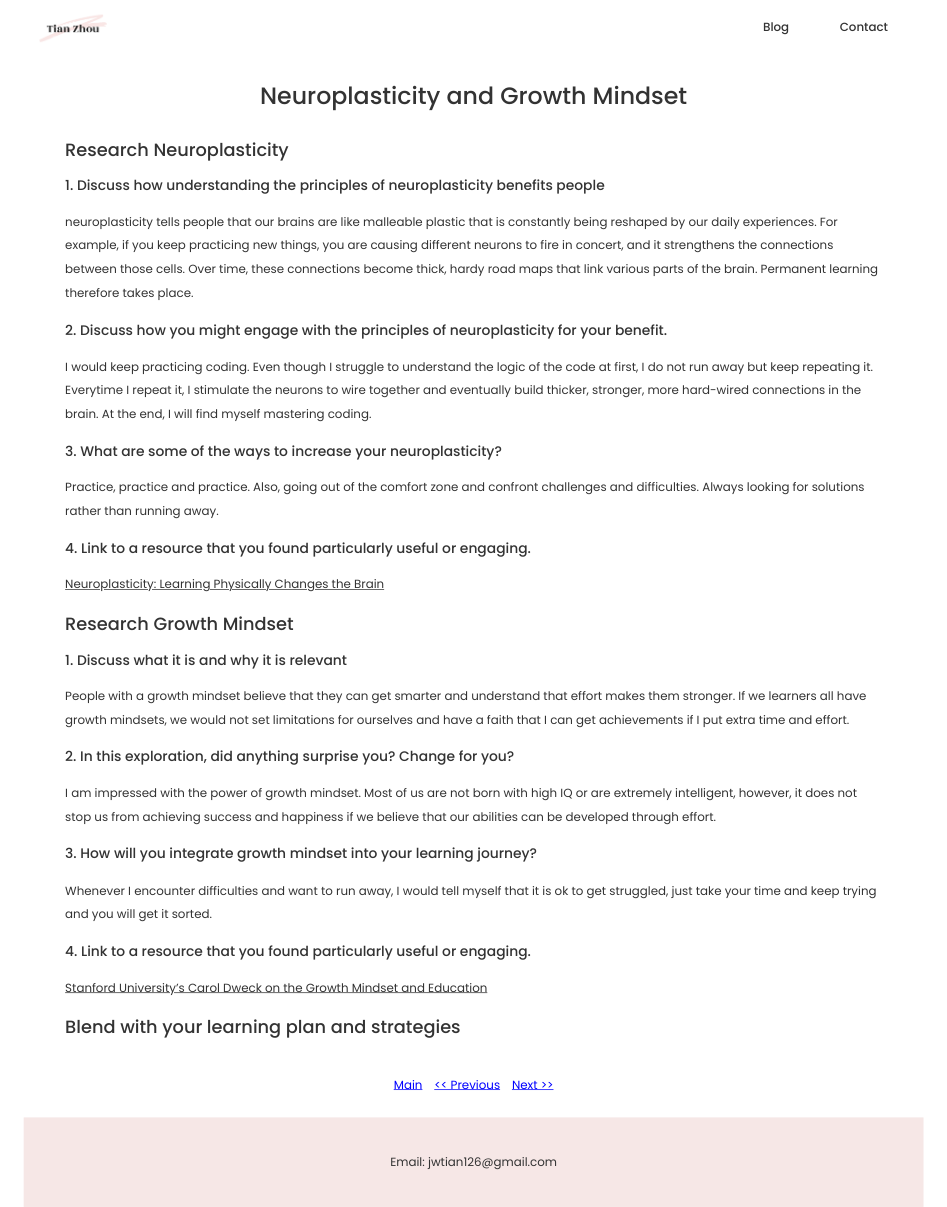
Repository: Tiaanz/Tiaanz.github.io
Page: blog/neuroplasticity.html
These files come from the project's save history. The page is drawn as it stood at one moment and after the next save; the edit follows.
The browser window is 1280 px wide. The pictures show the whole page, at 74% of full size.

Above is the page before, as saved 2023-01-30 14:39:07.

### blog/neuroplasticity.html
<!DOCTYPE html>
<html lang="en">

<head>
    <meta charset="UTF-8">
    <meta http-equiv="X-UA-Compatible" content="IE=edge">
    <meta name="viewport" content="width=device-width, initial-scale=1.0">
    <link rel="stylesheet" href="../styles/main.css">
    <link href="https://fonts.googleapis.com/css2?family=Poppins:wght@300;400;500;600;700;800&display=swap"
        rel="stylesheet">
    <title>Neuroplasticity and Growth Mindset</title>
</head>

<body>
    <div class="container">
        <header>
            <div class="logo">
                <a href="../index.html"><img src="../images/logo.png" alt="logo"></a>
            </div>
            <div class="nav">
                <a href="../index.html#blogs">Blog</a>
                <a href="#footer">Contact</a>
            </div>
        </header>
        <main class="main-blog">
            <h1>Neuroplasticity and Growth Mindset</h1>
            <h2>Research Neuroplasticity</h2>
            <h3>1. Discuss how understanding the principles of neuroplasticity benefits people</h3>
            <p>neuroplasticity tells people that our brains are like malleable plastic that is constantly being reshaped
                by our daily experiences. For example, if you keep practicing new things, you are causing different
                neurons to fire in concert, and it strengthens the connections between those cells. Over time, these
                connections become thick, hardy road maps that link various parts of the brain. Permanent learning
                therefore takes place.
            </p>
            <h3>2. Discuss how you might engage with the principles of neuroplasticity for your benefit.</h3>
            <p>I would keep practicing coding. Even though I struggle to understand the logic of the code at first, I do
                not run away but keep repeating it. Everytime I repeat it, I stimulate the neurons to wire together and
                eventually build thicker, stronger, more hard-wired connections in the brain. At the end, I will find
                myself mastering coding.</p>
            <h3>3. What are some of the ways to increase your neuroplasticity?</h3>
            <p>Practice, practice and practice. Also, going out of the comfort zone and confront challenges and
                difficulties. Always looking for solutions rather than running away.</p>
            <h3>4. Link to a resource that you found particularly useful or engaging.</h3>
            <p><a href="https://www.edutopia.org/neuroscience-brain-based-learning-neuroplasticity">Neuroplasticity:
                    Learning Physically Changes the Brain</a></p>
            <h2>Research Growth Mindset</h2>
            <h3>1. Discuss what it is and why it is relevant</h3>
            <p>People with a growth mindset believe that they can get smarter and understand that effort makes them
                stronger. If we learners all have growth mindsets, we would not set limitations for ourselves and have a
                faith that I can get achievements if I put extra time and effort. </p>
            <h3>2. In this exploration, did anything surprise you? Change for you?</h3>
            <p>I am impressed with the power of growth mindset. Most of us are not born with high IQ or are extremely
                intelligent, however, it does not stop us from achieving success and happiness if we believe that our
                abilities can be developed through effort.</p>
            <h3>3. How will you integrate growth mindset into your learning journey?</h3>
            <p>Whenever I encounter difficulties and want to run away, I would tell myself that it is ok to get
                struggled, just take your time and keep trying and you will get it sorted.</p>
            <h3>4. Link to a resource that you found particularly useful or engaging.</h3>
            <p><a href="https://onedublin.org/2012/06/19/stanford-universitys-carol-dweck-on-the-growth-mindset-and-education/

                ">Stanford University’s Carol Dweck on the Growth Mindset and Education</a></p>
            <h2>Blend with your learning plan and strategies</h2>
            <h3></h3>
            <div class="page-nav">
                <a href="../index.html">Main</a>
                <a href="./emotional-intelligence.html"> &lt&lt Previous</a>
                <a href="#">Next >></a>
            </div>
        </main>
        <footer id="footer">
            <span>Email: jwtian126@gmail.com</span>
        </footer>
    </div>
</body>

</html>

### styles/main.css
* {
  margin: 0;
  padding: 0;
  box-sizing: border-box;
}

a {
  text-decoration: none;
  color: #333;
}



li{
  list-style: none;
}

img {
  max-width: 100%;
  height: auto;
  vertical-align: middle;
}

body {
  font-family: "Poppins", sans-serif;
  color: #333;
}

.container {
  display: flex;
  flex-direction: column;
  width: 95vw;
  margin: 0 auto;

}

header {
  display: flex;
  justify-content: space-between;
  align-items: center;
  padding: 1rem;
}

.logo {
  width: 100px;
  height: auto;
}



.nav a {
  margin: 0 1rem;
  padding: 0 1rem;
  font-weight: 500;
}

.nav a:hover {
  background-color: #f6e7e6;
}

main {
  display: flex;
  padding: 2rem 3rem;
}

main .profile-image {
  width: 100%;
  flex: 1.5;
  margin-right: 2rem;

}

main .introduction {
  flex: 1;
}

main .introduction h1 {
  margin-bottom: 1.5rem;
  font-weight: 500;
  font-size: 2.5rem;
}

main .introduction p {
  line-height: 2rem;
}

.blogs{
  display: flex;
  padding:1rem 3rem;
  margin-bottom: 2rem;

}

.blogs .tech-blog, .blogs .core-blog {
  flex:1;
  padding:0 3px;
  margin:0 3rem;
  text-align: center;
  border:2px solid #f6e7e6;
  border-radius: 20px;
}



.blogs h3{
  margin: 1rem 0;
  font-weight: 600;
  text-align: center;

}



.blogs a{
  text-decoration: underline;
  line-height: 2rem;
}

.main-blog{
    flex-direction: column;
    align-self: center;
    max-width: 1200px;
}

.main-blog h1{
  margin-bottom: 1rem;
  text-align: center;
  font-size: 2rem;
  font-weight: 500;

}

.main-blog h2{
  font-weight: 500;
  margin-top:1rem ;
}

.main-blog h3{
  font-weight: 500;
  margin:1rem 0;
}

.main-blog ul li{
  margin-bottom: 0.5rem;
}

.main-blog .css-image{
 max-width: 300px;
 margin: 1rem 0;
}

.main-blog .div-image{
  max-width: 600px;
  margin-top: 1rem;
 }

 .main-blog p{
  margin: 0.2rem 0;
  line-height: 2rem;
 }

 .main-blog a{
  text-decoration: underline;
 }

 .main-blog .page-nav{
  margin-top: 1rem;
  display: flex;
  gap:1rem;
  justify-content: center;
 }

 .main-blog .page-nav a{
  color:blue;
  text-decoration: underline;
 }

footer {
  padding: 3rem;
  background-color: #f6e7e6;
  text-align: center;
}

@media screen and (max-width: 1200px) {
  main {
    flex-direction: column;
  }

  main .introduction h1 {
    margin-top: 1rem;
    text-align: center;
  }

  main .introduction p {
    line-height: 2rem;
  }

  .blogs{
  flex-direction: column;
  gap:2rem;
  }

  .blogs .tech-blog, .blogs .core-blog{
    margin:0;
  }

}

@media screen and (max-width: 768px) {
  main {
    padding: 2rem;
  }

  main .introduction h1 {
    font-size: 2rem;
  }

  .main-blog h1{
    font-size: 1.5rem;
  }
}

@media screen and (max-width: 400px) {

    .nav a {
        margin: 0;
        padding: 0 0.4rem;
      }

      .blogs a{
        line-height: 2.5rem;
      }

  }

@media screen and (max-width: 320px) {


  main .introduction h1 {
    font-size: 1rem;
    margin-bottom: 1rem;
  }

  .main-blog h1{
    font-size: 1.2rem;
  }
}

After the next save:
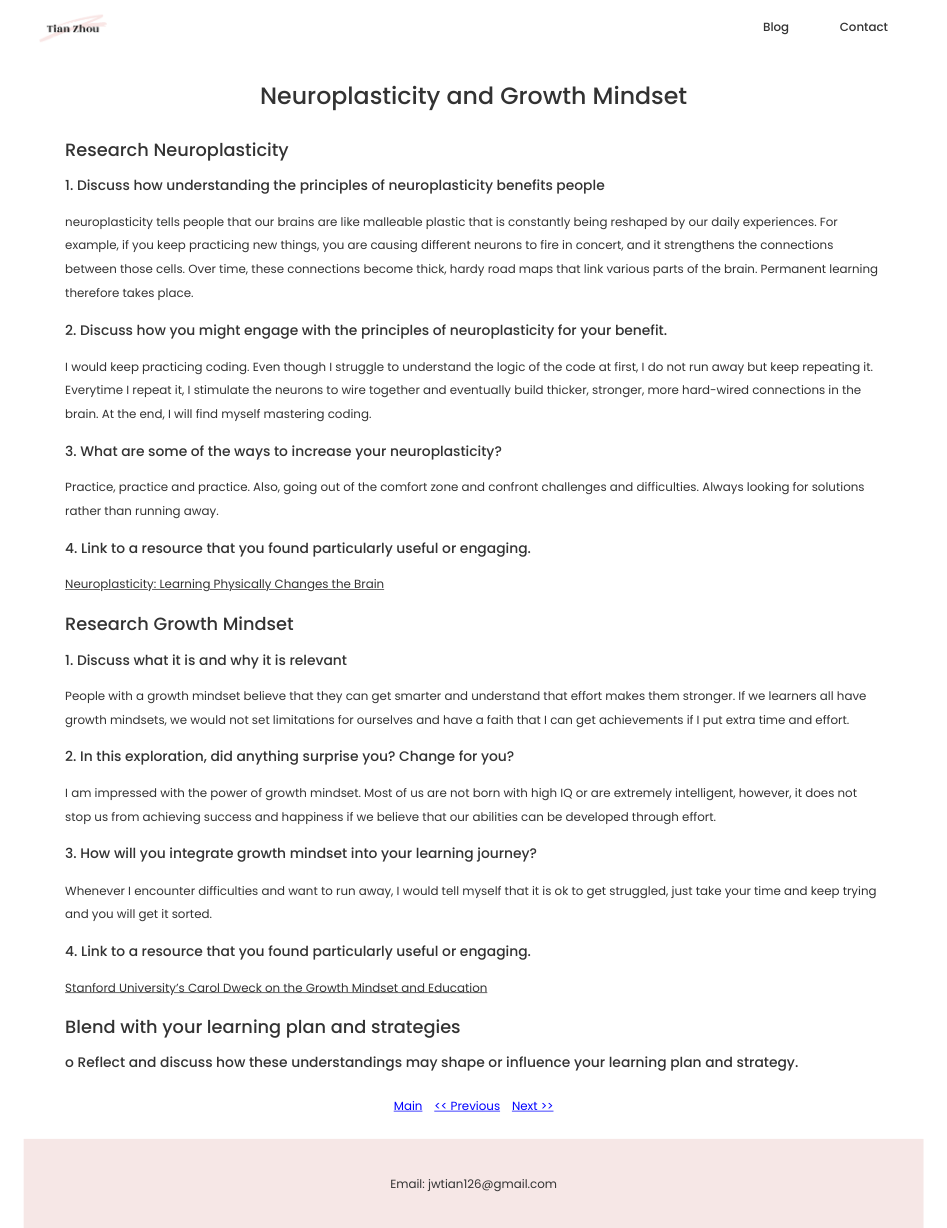
Saved 6 s later.
--- a/blog/neuroplasticity.html
+++ b/blog/neuroplasticity.html
@@ -60,7 +60,7 @@
 
                 ">Stanford University’s Carol Dweck on the Growth Mindset and Education</a></p>
             <h2>Blend with your learning plan and strategies</h2>
-            <h3></h3>
+            <h3>o	Reflect and discuss how these understandings may shape or influence your learning plan and strategy.</h3>
             <div class="page-nav">
                 <a href="../index.html">Main</a>
                 <a href="./emotional-intelligence.html"> &lt&lt Previous</a>
